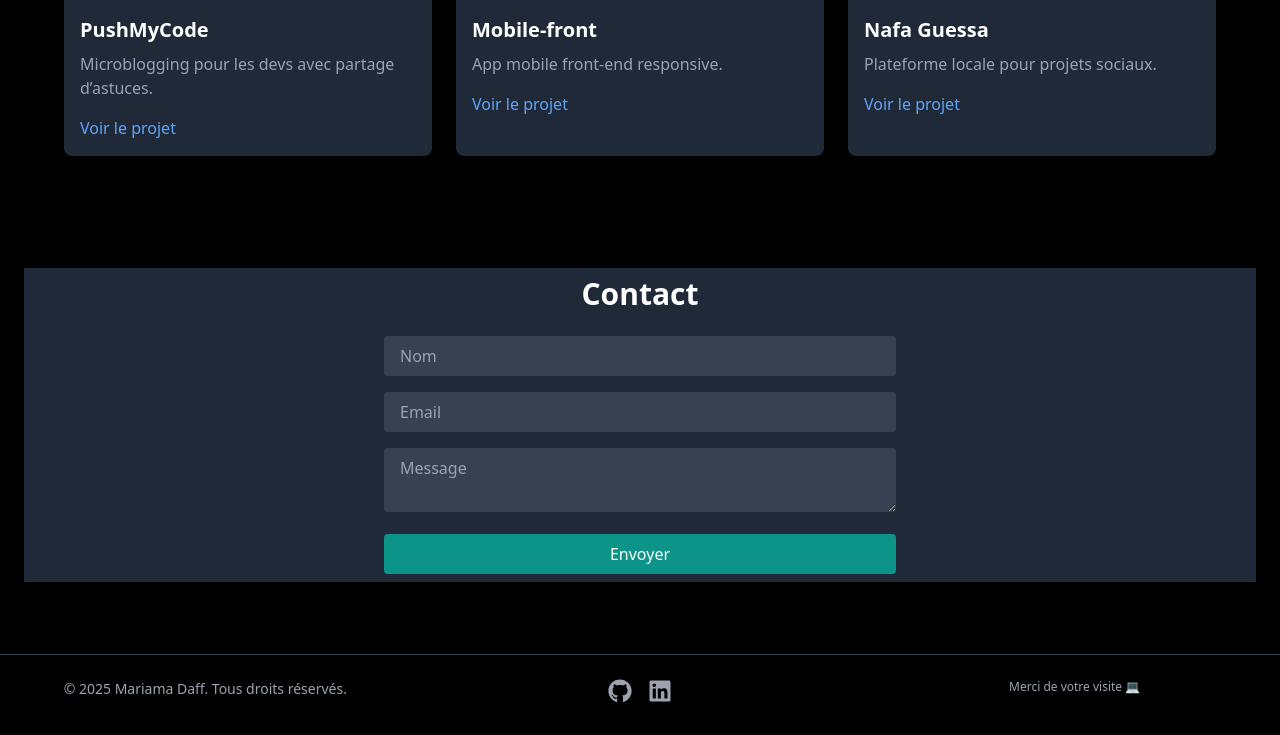
Repository: mariamdaff/Projets_Perso
Page: / (app in mon_portfolio/)
An editor plug-in stored every save of this project. The page is shown before and after the next save, followed by the edit.
The browser window is 1280 px wide. The pictures show the part of the page from y = 1820 to 2573 px (the page is 2555 px tall before and 2573 px after).
The project was rebuilt for these pictures with package versions that can differ from the ones it lists, and the page was loaded fresh each time. Also part of the build but not shown: mon_portfolio/vite.config.js.

Above is the page before, as saved 2025-04-23 01:43:27.

After the next save:
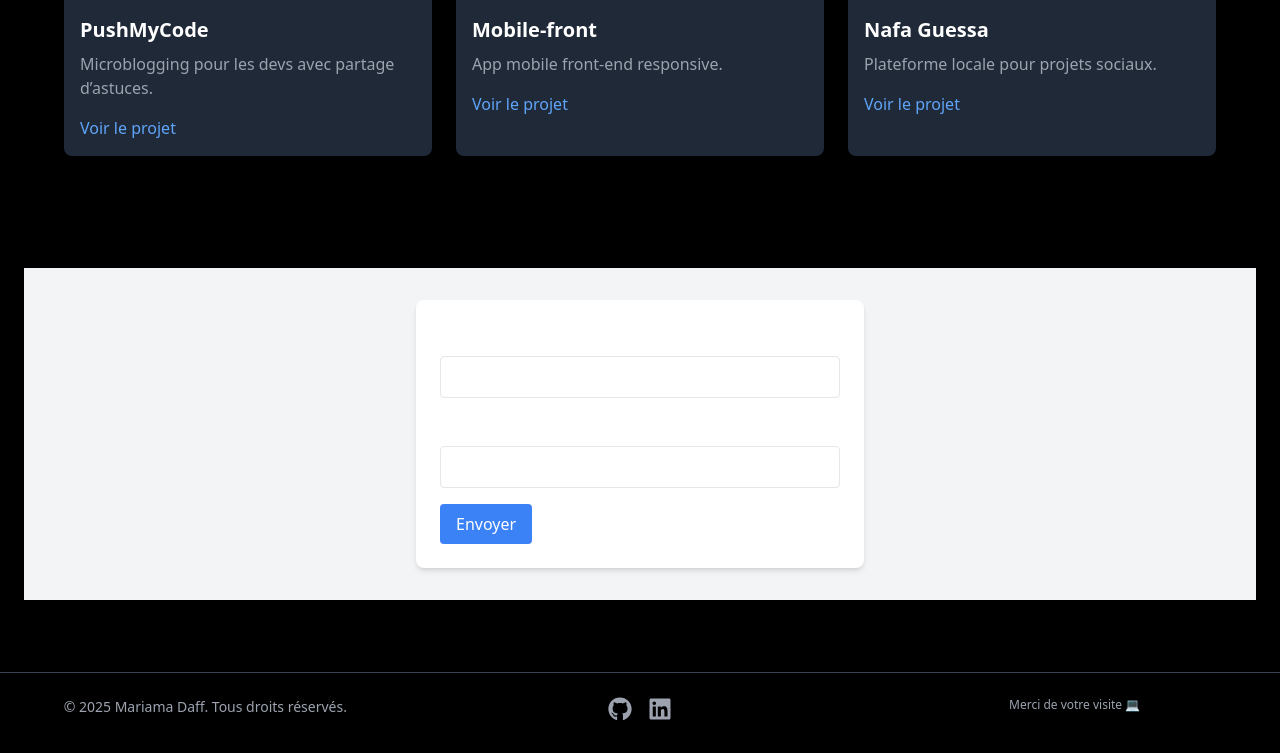
Saved 5 min 34 s later.
--- a/mon_portfolio/src/components/contact/Contact.jsx
+++ b/mon_portfolio/src/components/contact/Contact.jsx
@@ -26,45 +26,23 @@
   };
 
   return (
-    <section className="py-2 text-center bg-gray-800 text-white px-0">
-      <h2 className="text-3xl font-semibold mb-6">Contact</h2>
+    <section className="bg-gray-100 py-8 px-4 flex justify-center">
+    <div className="bg-white p-6 rounded-lg shadow-md w-full max-w-md">
+      {/* Ton formulaire ici */}
+      <form>
+        <label className="block mb-2 font-medium">Nom :</label>
+        <input type="text" className="w-full border p-2 mb-4 rounded" />
 
-      {!isSubmitted ? (
-        <form onSubmit={handleSubmit} className="max-w-lg mx-auto">
-          <input
-            type="text"
-            name="name"
-            placeholder="Nom"
-            required
-            className="bg-gray-700 text-white px-4 py-2 rounded mb-4 w-full"
-          />
-          <input
-            type="email"
-            name="email"
-            placeholder="Email"
-            required
-            className="bg-gray-700 text-white px-4 py-2 rounded mb-4 w-full"
-          />
-          <textarea
-            name="message"
-            placeholder="Message"
-            required
-            className="bg-gray-700 text-white px-4 py-2 rounded mb-4 w-full"
-          />
-          <button
-            type="submit"
-            className="bg-teal-600 hover:bg-teal-500 px-6 py-2 rounded w-full transition"
-          >
-            Envoyer
-          </button>
-        </form>
-      ) : (
-        <div className="max-w-lg mx-auto bg-teal-800 p-6 rounded shadow-md">
-          <h3 className="text-xl font-semibold mb-2">Merci pour votre message !</h3>
-          <p>Je vous répondrai bientôt.</p>
-        </div>
-      )}
-    </section>
+        <label className="block mb-2 font-medium">Email :</label>
+        <input type="email" className="w-full border p-2 mb-4 rounded" />
+
+        <button type="submit" className="bg-blue-500 text-white py-2 px-4 rounded hover:bg-blue-600">
+          Envoyer
+        </button>
+      </form>
+    </div>
+  </section>
+
   );
 };
 

After the save that followed:
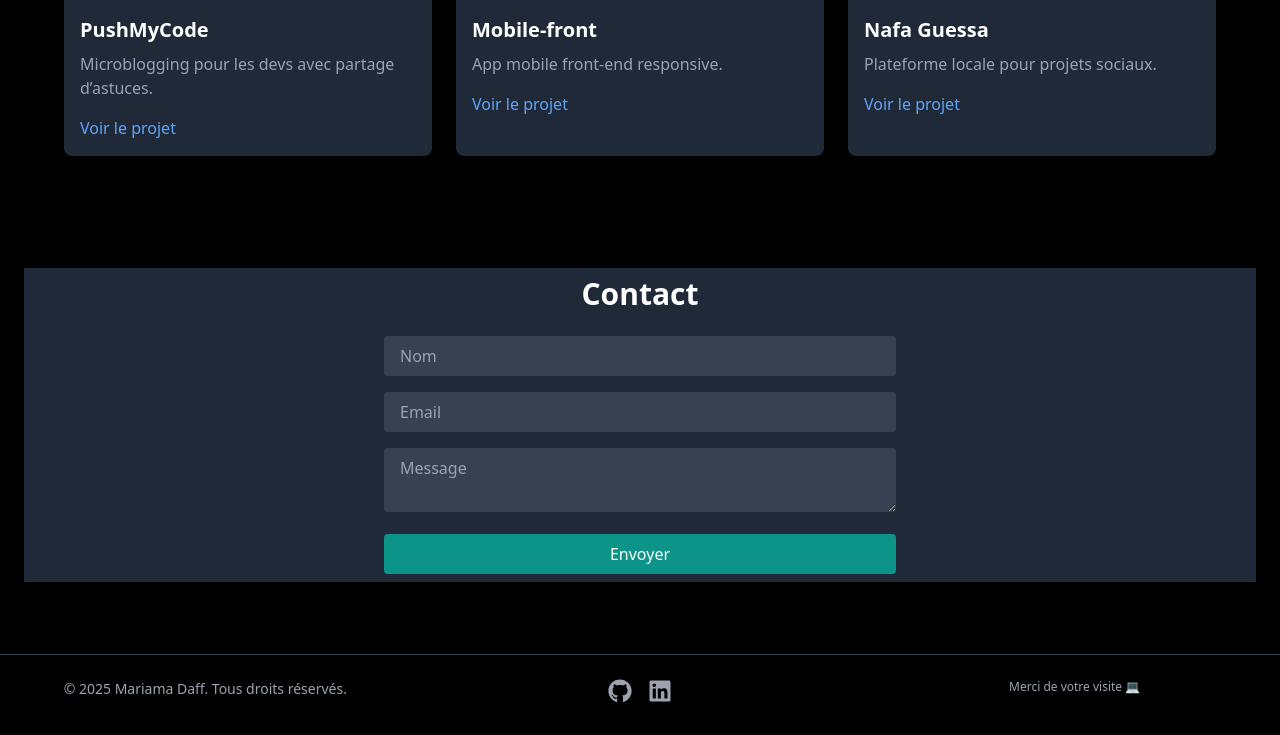
Saved 68 s later.
--- a/mon_portfolio/src/components/contact/Contact.jsx
+++ b/mon_portfolio/src/components/contact/Contact.jsx
@@ -26,23 +26,45 @@
   };
 
   return (
-    <section className="bg-gray-100 py-8 px-4 flex justify-center">
-    <div className="bg-white p-6 rounded-lg shadow-md w-full max-w-md">
-      {/* Ton formulaire ici */}
-      <form>
-        <label className="block mb-2 font-medium">Nom :</label>
-        <input type="text" className="w-full border p-2 mb-4 rounded" />
+    <section className="py-2 text-center bg-gray-800 text-white px-0">
+      <h2 className="text-3xl font-semibold mb-6">Contact</h2>
 
-        <label className="block mb-2 font-medium">Email :</label>
-        <input type="email" className="w-full border p-2 mb-4 rounded" />
-
-        <button type="submit" className="bg-blue-500 text-white py-2 px-4 rounded hover:bg-blue-600">
-          Envoyer
-        </button>
-      </form>
-    </div>
-  </section>
-
+      {!isSubmitted ? (
+        <form onSubmit={handleSubmit} className="max-w-lg mx-auto">
+          <input
+            type="text"
+            name="name"
+            placeholder="Nom"
+            required
+            className="bg-gray-700 text-white px-4 py-2 rounded mb-4 w-full"
+          />
+          <input
+            type="email"
+            name="email"
+            placeholder="Email"
+            required
+            className="bg-gray-700 text-white px-4 py-2 rounded mb-4 w-full"
+          />
+          <textarea
+            name="message"
+            placeholder="Message"
+            required
+            className="bg-gray-700 text-white px-4 py-2 rounded mb-4 w-full"
+          />
+          <button
+            type="submit"
+            className="bg-teal-600 hover:bg-teal-500 px-6 py-2 rounded w-full transition"
+          >
+            Envoyer
+          </button>
+        </form>
+      ) : (
+        <div className="max-w-lg mx-auto bg-teal-800 p-6 rounded shadow-md">
+          <h3 className="text-xl font-semibold mb-2">Merci pour votre message !</h3>
+          <p>Je vous répondrai bientôt.</p>
+        </div>
+      )}
+    </section>
   );
 };
 
